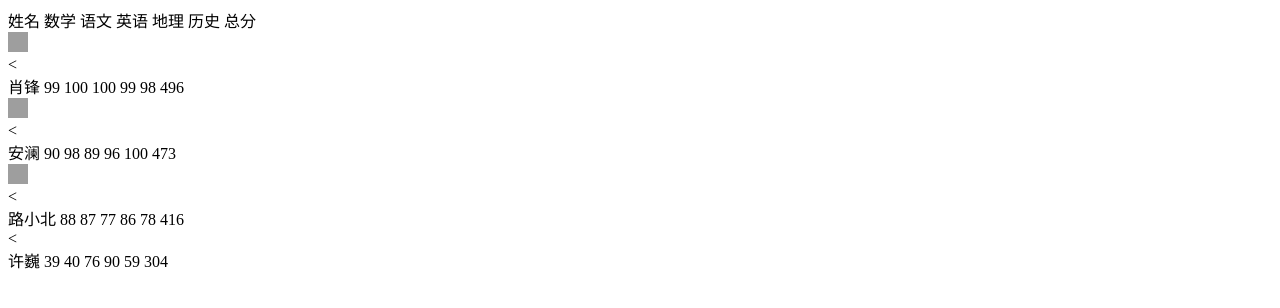
Repository: saswhite/banyuan-class
Page: 9.7作业/index.html
The author's editor kept a copy of each file at every save. The page is drawn from the files as they stood at one save, then again after the next save.
The browser window is 1280 px wide. The pictures show the whole page.
Pictures or frames that could not be fetched are drawn as grey boxes.

Above is the page before, as saved 2020-09-07 19:26:23.

After the next save:
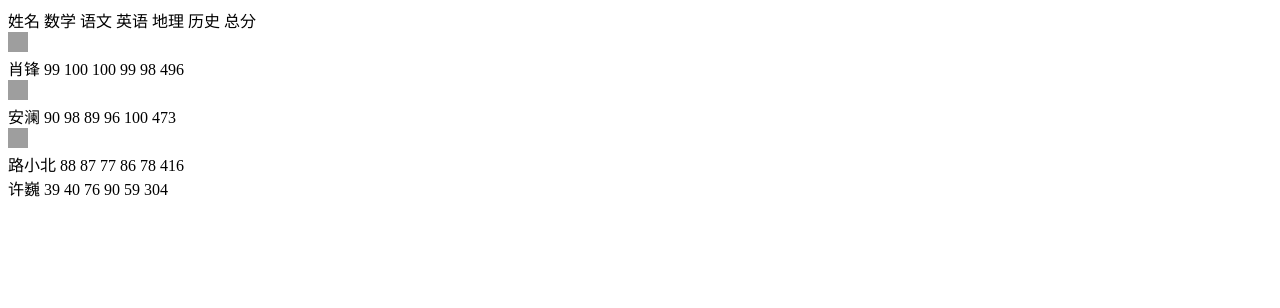
Saved 2 s later.
--- a/9.7作业/index.html
+++ b/9.7作业/index.html
@@ -58,7 +58,7 @@
                         <img src="./第一名.jpg" alt="" v-if="index == 0">
                         <img src="./第二名.jpeg" alt="" v-else-if="index == 1">
                         <img src="./第三名.jpeg" alt="" v-else-if="index == 2">
-                        <div><</div>
+                        <div></div>
                     </span>
                     <span>
                         {{ item.name }}
